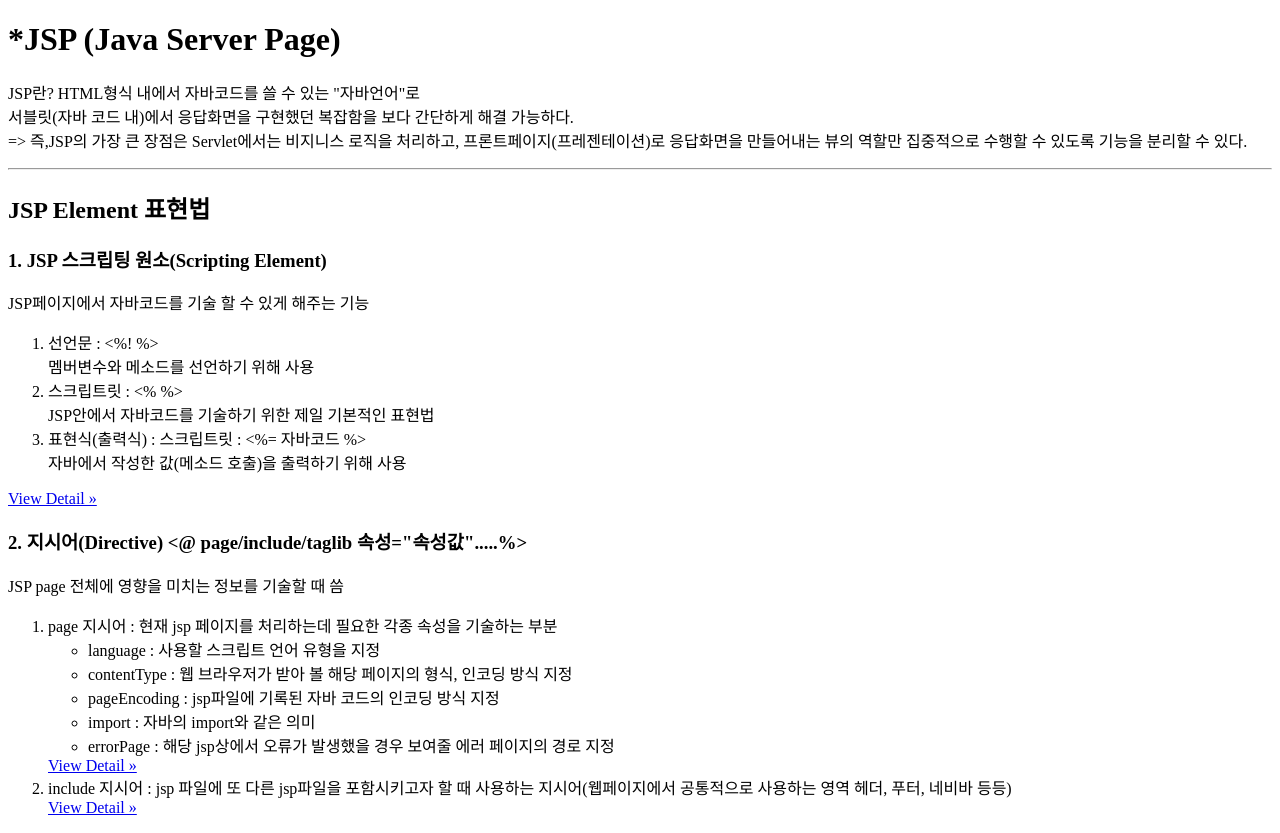
Repository: yejin0220/Web-workspace1
Page: 2_JSP/WebContent/index.html
The author's editor kept a copy of each file at every save. The page is drawn from the files as they stood at one save, then again after the next save.
The browser window is 1280 px wide. The pictures show the whole page.

Above is the page before, as saved 2023-02-08 06:07:43.

### 2_JSP/WebContent/index.html
<!DOCTYPE html>
<html>
<head>
<meta charset="UTF-8">
<title>Insert title here</title>
</head>
<body>
	<h1>*JSP (Java Server Page)</h1>

	<p>
		JSP란?
		HTML형식 내에서 자바코드를 쓸 수 있는 "자바언어"로 <br>
		서블릿(자바 코드 내)에서 응답화면을 구현했던 복잡함을 보다 간단하게 해결 가능하다.<br>
		=> 즉,JSP의 가장 큰 장점은 Servlet에서는 비지니스 로직을 처리하고, 프론트페이지(프레젠테이션)로 응답화면을 만들어내는 뷰의 역할만 집중적으로 수행할 수 있도록 기능을 분리할 수 있다.
	</p>

	<hr>

	<h2>JSP Element 표현법</h2>

	<h3>1. JSP 스크립팅 원소(Scripting Element)</h3>
	<p>
		JSP페이지에서 자바코드를 기술 할 수 있게 해주는 기능
	</p>

	<ol>
		<li>
			선언문 : &lt;%! %&gt; <br>
			멤버변수와 메소드를 선언하기 위해 사용<br>
		</li>
		<li>
			스크립트릿 : &lt;% %&gt;<br>
			JSP안에서 자바코드를 기술하기 위한 제일 기본적인 표현법
		</li>
		<li>
			표현식(출력식) : 스크립트릿 : &lt;%= 자바코드 %&gt;<br>
			자바에서 작성한 값(메소드 호출)을 출력하기 위해 사용
		</li>
	</ol>

	<a href="views/01_ScriptingElement.jsp">View Detail &raquo; </a>


	<h3>2. 지시어(Directive) &lt;@ page/include/taglib 속성="속성값".....%&gt;</h3>
	<p>
		JSP page 전체에 영향을 미치는 정보를 기술할 때 씀
		<ol>
			<li>
				page 지시어 : 현재 jsp 페이지를 처리하는데 필요한 각종 속성을 기술하는 부분<br>
				<ul>
					<li>language : 사용할 스크립트 언어 유형을 지정 </li>
					<li>contentType : 웹 브라우저가 받아 볼 해당 페이지의 형식, 인코딩 방식 지정</li>
					<li>pageEncoding : jsp파일에 기록된 자바 코드의 인코딩 방식 지정</li>
					<li>import : 자바의 import와 같은 의미 </li>
					<li>errorPage : 해당 jsp상에서 오류가 발생했을 경우 보여줄 에러 페이지의 경로 지정</li>
				</ul>
				<a href="views/02_DirectivePage.jsp">View Detail &raquo;</a>
			</li>
			<li>
				include 지시어 : jsp 파일에 또 다른 jsp파일을 포함시키고자 할 때 사용하는 지시어(웹페이지에서 공통적으로 사용하는 영역 헤더, 푸터, 네비바 등등)<br>
				<a href="views/03_DirectiveInclude.jsp">View Detail &raquo;</a>
			</li>



		</ol>


	</p>
























</body>
</html>

After the next save:
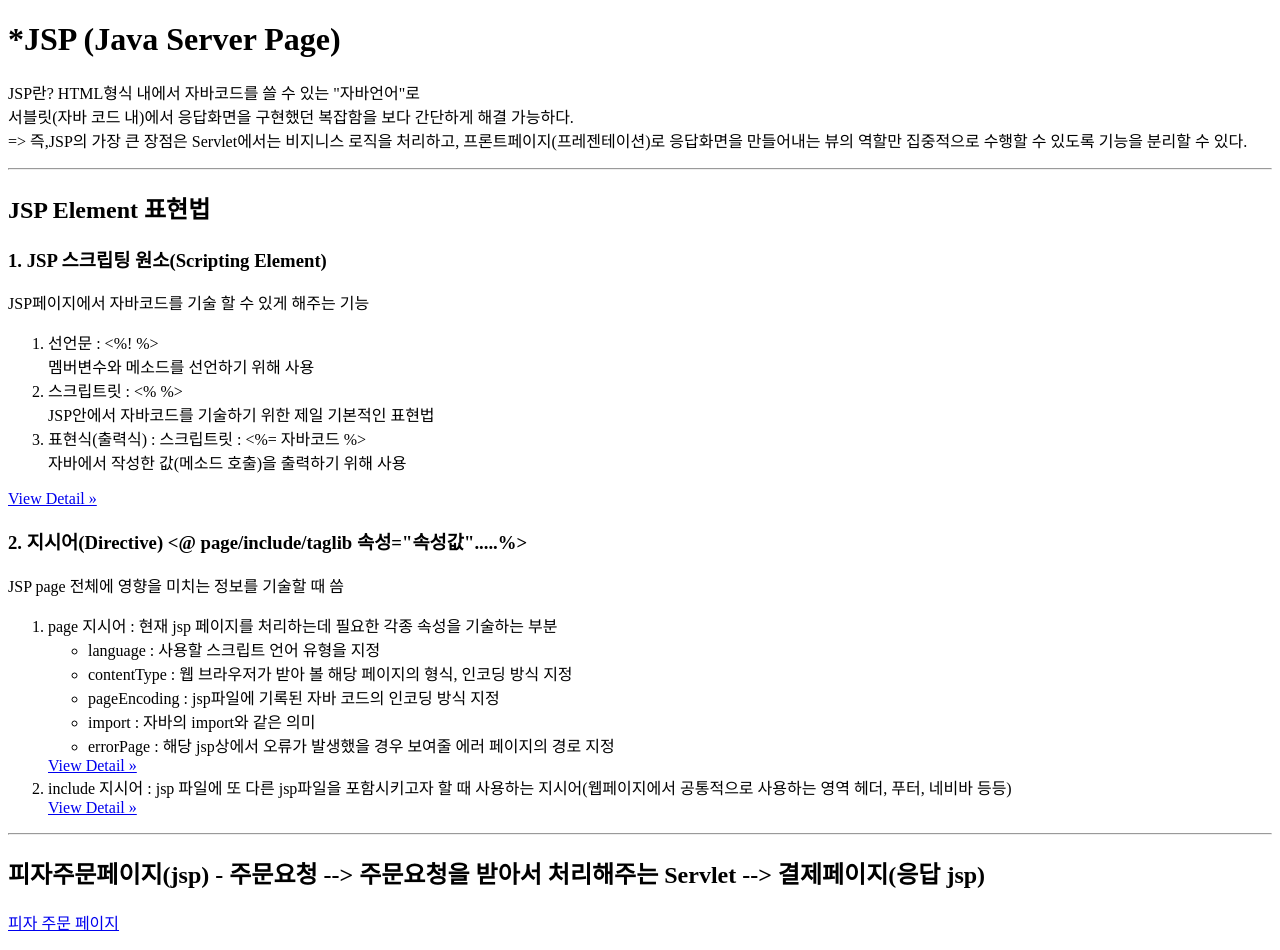
Saved 18 h 25 min later.
--- a/2_JSP/WebContent/index.html
+++ b/2_JSP/WebContent/index.html
@@ -60,10 +60,12 @@
 				include 지시어 : jsp 파일에 또 다른 jsp파일을 포함시키고자 할 때 사용하는 지시어(웹페이지에서 공통적으로 사용하는 영역 헤더, 푸터, 네비바 등등)<br>
 				<a href="views/03_DirectiveInclude.jsp">View Detail &raquo;</a>
 			</li>
+		</ol>
 
+		<hr>
 
-
-		</ol>
+		<h2>피자주문페이지(jsp) - 주문요청 --> 주문요청을 받아서 처리해주는 Servlet --> 결제페이지(응답 jsp)</h2>
+		<a href="views/04-PizzaOrderForm.jsp">피자 주문 페이지</a>
 
 
 	</p>
